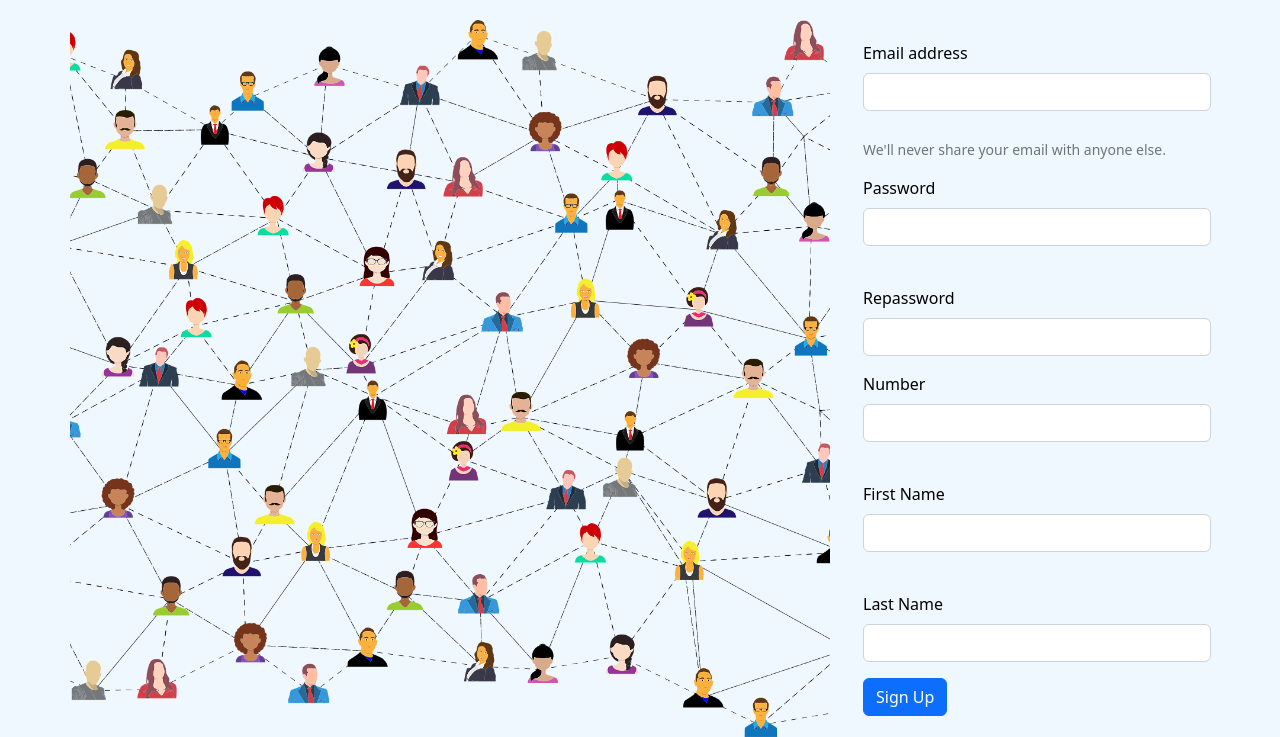
Repository: jaseem1999/sdCommunity
Page: http://localhost/sdCommunity/signup.jsp
These files come from the project's save history. The page is drawn as it stood at one moment and after the next save; the edit follows.
The browser window is 1280 px wide. The pictures show the whole page.
The page is served by Tomcat 9.

Above is the page before, as saved 2023-10-01 12:34:43.

After the next save:
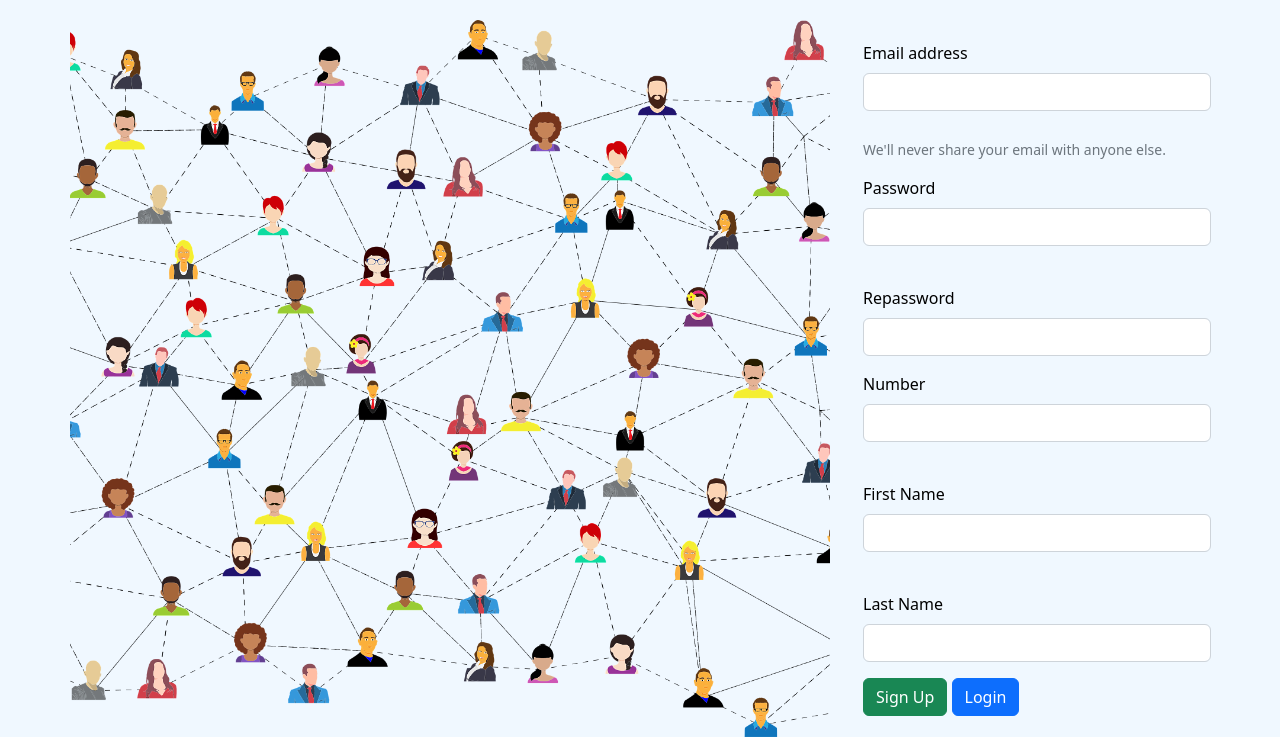
Saved 6 min 33 s later.
--- a/sdCommunity/src/main/webapp/signup.jsp
+++ b/sdCommunity/src/main/webapp/signup.jsp
@@ -74,7 +74,7 @@
 			    		<label for="exampleInputLname" class="form-label">Last Name</label>
 			    		<input type="text" class="form-control" id="exampleInputlname" name="lname" ">
 			  		</div>
-					 <div id="center"><button type="submit" class="btn btn-primary" >Sign Up</button></div>
+					 <div id="center"><button type="submit" class="btn btn-success" >Sign Up</button> <a class="btn btn-primary" href="Login.jsp">Login</a> </div>
 					</form>
 
 			    </div>
